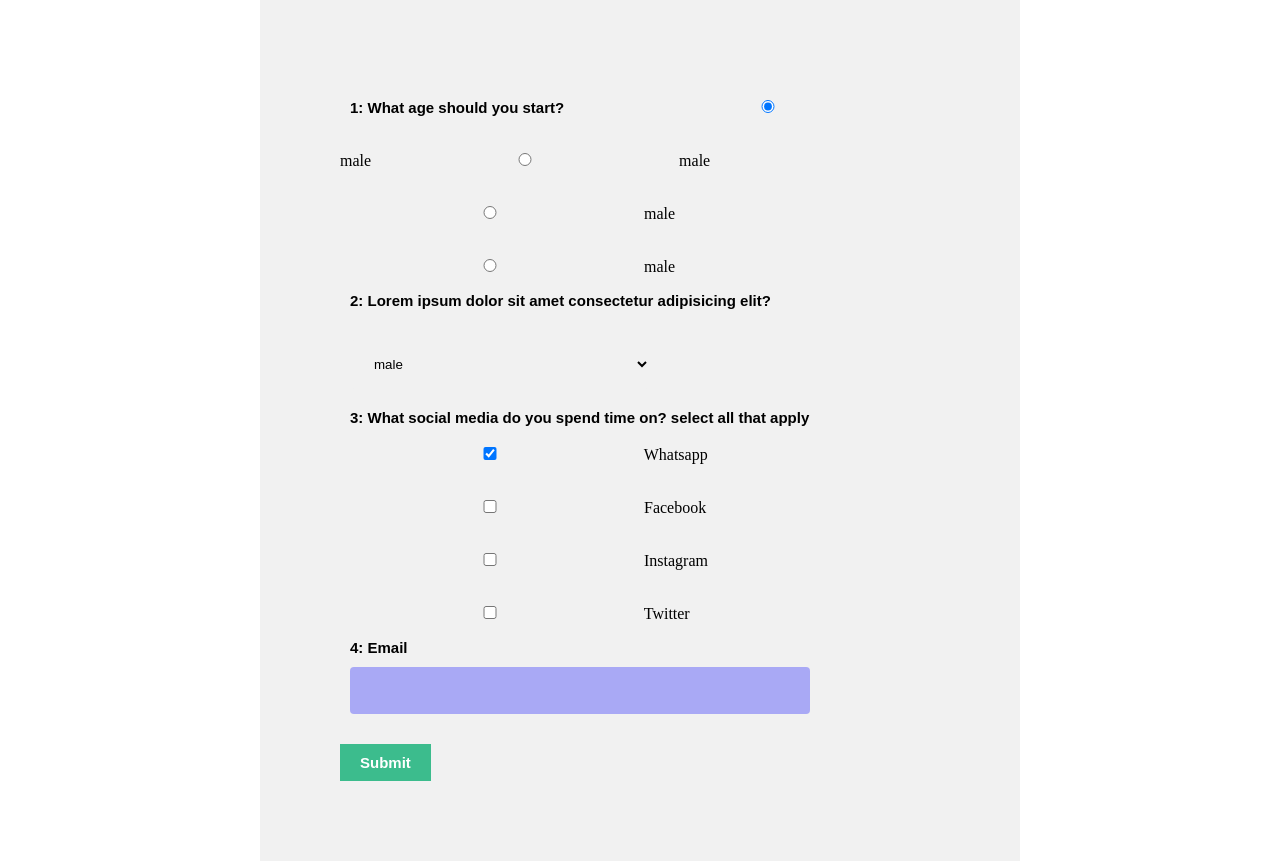
Repository: Grace229/Hasob-form
Page: index.html
The author's editor kept a copy of each file at every save. The page is drawn from the files as they stood at one save, then again after the next save.
The browser window is 1280 px wide. The pictures show the whole page.

Above is the page before, as saved 2020-12-27 21:09:17.

### index.html
<!DOCTYPE html>
<html lang="en">
<head>
    <meta charset="UTF-8">
    <meta name="viewport" content="width=device-width, initial-scale=1.0">
    <title>Document</title>
    <link rel="stylesheet" href="style.css">
</head>
<body>
    <form>
        <!-- radio button -->
        <div>
            <label class="question" for="">1: What age should you start? </label>
                <input type="radio" name="gender" value="male" class="input" checked>
                <label> male</label>
                <input type="radio" name="gender" value="male" class="input">
                <label> male</label>
                <input type="radio" name="gender" value="male" class="input">
                <label> male</label>
                <input type="radio" name="gender" value="male" class="input">
                <label> male</label>

        </div>
        <!-- dropdown -->
        <div>
            <label  class="question" for="">2: Lorem ipsum dolor sit amet consectetur adipisicing elit? </label>
               <select name="grace" id="input">
                   <option value="male" class="check">
                    <label> male</label>
                   </option>
                   <option value="male" class="check">
                    <label> male</label>
                   </option>
                   <option value="male" class="check">
                    <label> male</label>
                   </option>
                   <option value="male" class="check">
                    <label> male</label>
                   </option>
               </select>
        </div>
        <!-- checkboxes -->
           <div>
            <label  class="question" for="">3: What social media do you spend time on? select all that apply</label>
               <input type="checkbox" name="gender" value="male" class="input" checked>
               <label> Whatsapp</label>
                <input type="checkbox" name="gender" value="male" class="input">
                <label> Facebook</label>
                <input type="checkbox" name="gender" value="male" class="input">
                <label> Instagram</label>
                <input type="checkbox" name="gender" value="male" class="input">
                <label> Twitter</label>
        </div>
        <!-- textbox -->
        <div>
            <label  class="question" for=""> 4: Email</label>
            <input type="email" name="email" id="email">
        </div>

        <div>
          <button class="btn"> Submit </button>
        </div>
   </form>
</body>
</html>

### style.css
*{
    padding: 0;
    margin: 0;
}
.question{
    font-size: 15px;
    font-weight: bold;
    font-family: sans-serif;
    margin: 10px 50px 10px 10px;
}

.input{
    width: 50%;
    margin: 20px 0px 20px 0px;
    cursor: pointer;

}
.check{
    border: solid 1px black;
}
#input{
    width: 50%;
    margin: 30px 10px 20px 10px;
    border: none;
}
select{
    border: 1px  solid black;
    background-color:#f1f1f1;
    padding: 16px 20px;
    border-radius: 4px;
}
option{
    border: 1px solid black;
    font-size:  15px;
}
form{
    width: 600px;
    margin: auto;
    background-color: #f1f1f1;
    padding: 80px;
}
#email{
    width: 70%;
    margin: 10px 10px 30px 10px;
    border: none;
    background-color: rgb(169, 169, 245);
    padding: 16px 20px;
    border-radius: 4px;
    cursor: pointer;
}
#email:focus{
    background-color: #ffffff;
    font-size: 20px;

}
.btn{
    cursor: pointer;
    display: inline-block;
    border: 0;
    font-weight: bold;
    padding: 10px 20px;
    background: #3CBC8D;
    color: #fff;
    font-size: 15px;
}

.btn:hover{
opacity: 0.9;
}

After the next save:
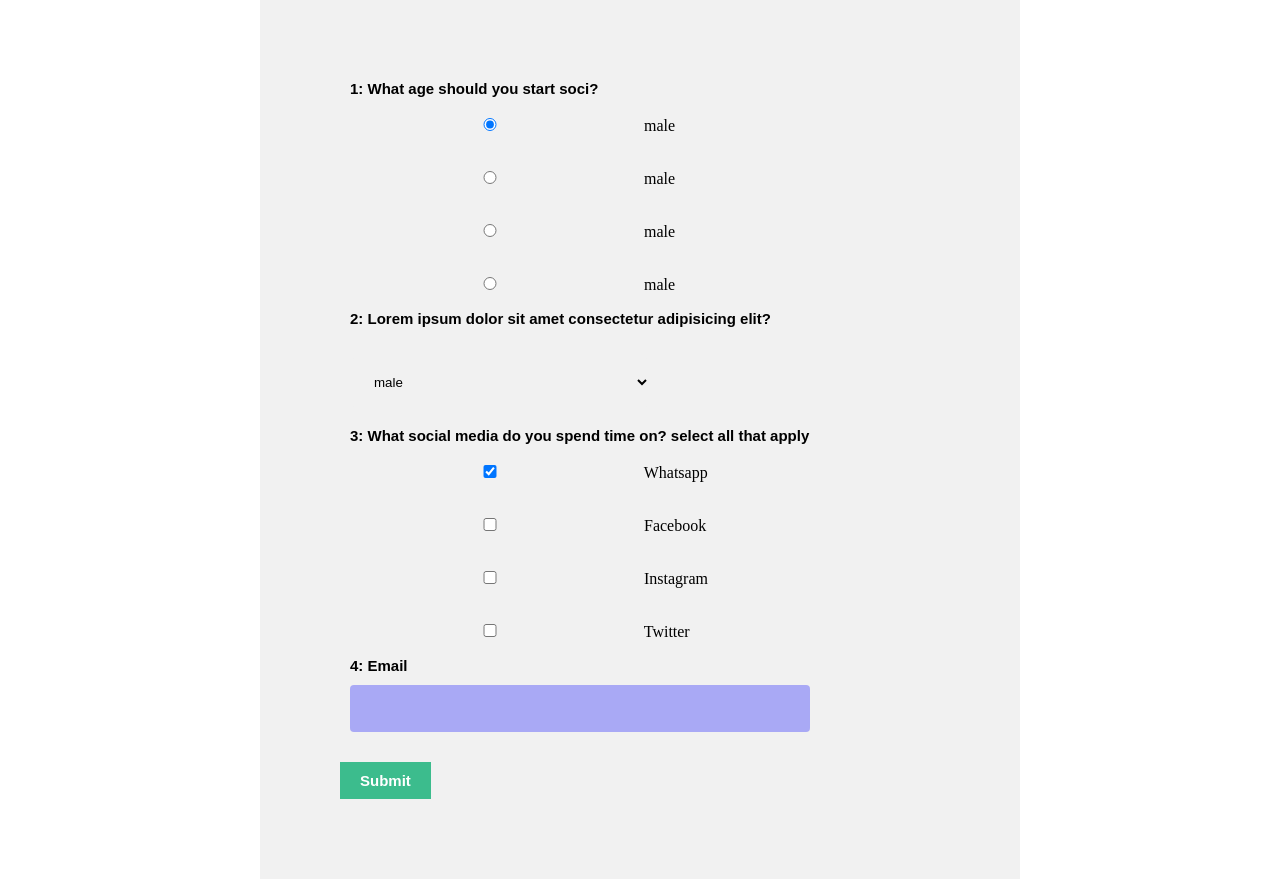
Saved 7 s later.
--- a/index.html
+++ b/index.html
@@ -10,7 +10,7 @@
     <form>
         <!-- radio button -->
         <div>
-            <label class="question" for="">1: What age should you start? </label>
+            <label class="question" for="">1: What age should you start soci? </label>
                 <input type="radio" name="gender" value="male" class="input" checked>
                 <label> male</label>
                 <input type="radio" name="gender" value="male" class="input">
